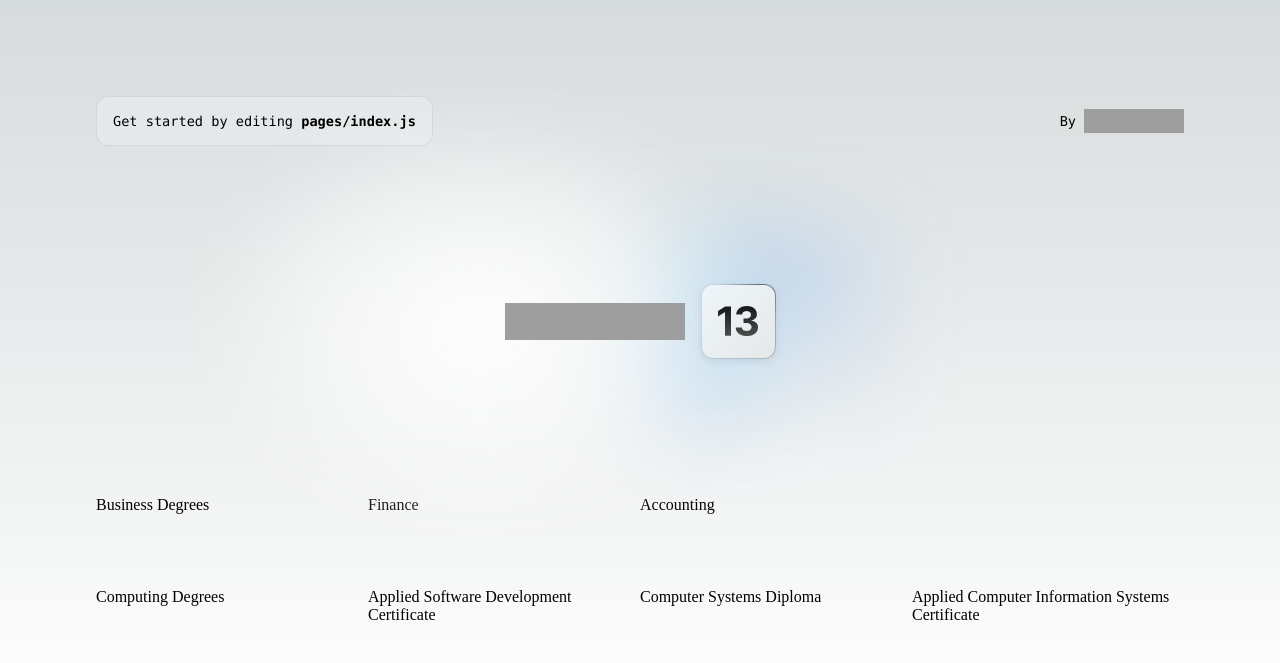
Repository: JacobSkilling-dot/week3-DynamicDesign
Page: / (app in Week-3-example/)
An editor plug-in stored every save of this project. The page is shown before and after a run of saves, followed by the edit.
The browser window is 1280 px wide. The pictures show the whole page.
Pictures or frames that could not be fetched are drawn as grey boxes. The project was rebuilt for these pictures with package versions that can differ from the ones it lists, and the page was loaded fresh each time. The framework's server and built-in components were replaced by stand-ins that run in the browser. Also part of the build but not shown: Week-3-example/next.config.js.

Above is the page before, as saved 2023-01-16 10:55:13.

After the next 2 saves:
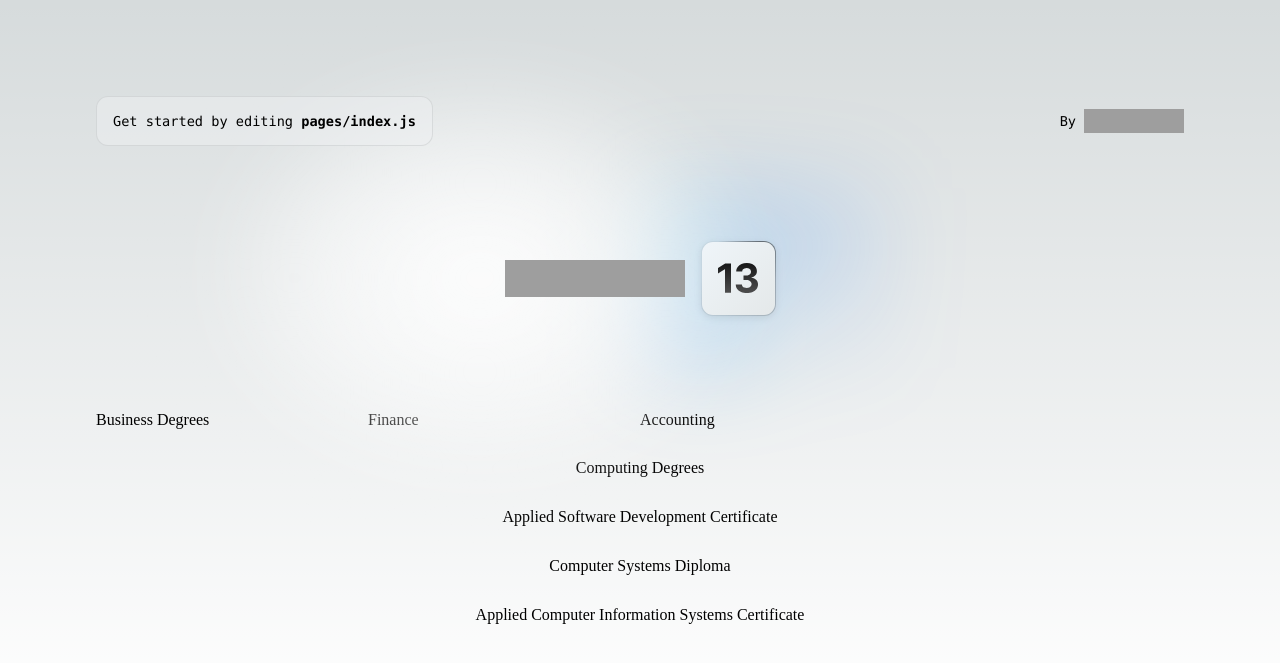
The 2 saves are shown as one change because 1 did not build or start.
The last was saved 35 s later.
--- a/Week-3-example/pages/index.js
+++ b/Week-3-example/pages/index.js
@@ -76,7 +76,6 @@ export default function Home() {
         })}
           </div>
 
-        <div className={styles.grid}>
           <div>Computing Degrees</div>
           {information && information.map((info, index) => {
             if(info.department.toLowerCase() === "computing") {
@@ -85,7 +84,6 @@ export default function Home() {
             )
           }
         })}
-        </div>
       </main>
     </>
     )
